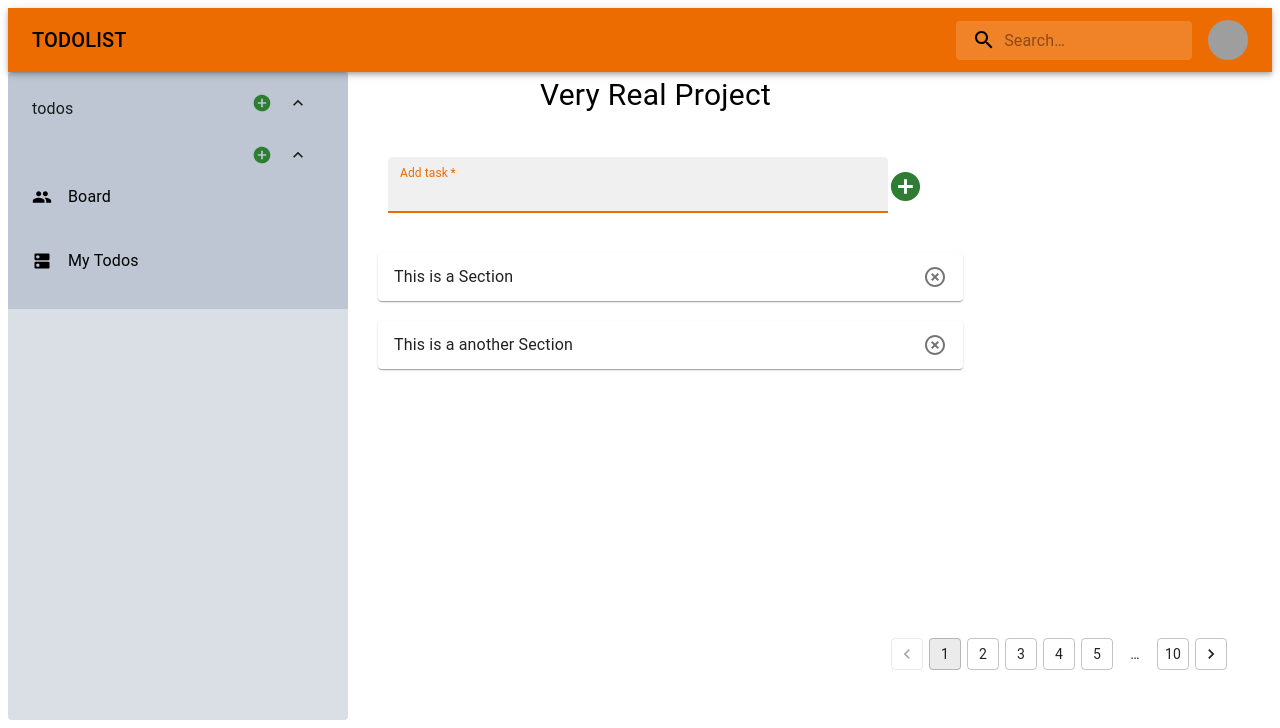
Repository: HrishrathTBS/Trackerbea
Page: /board (app in client/)
The author's editor kept a copy of each file at every save. The page is drawn from the files as they stood at one save, then again after the next save.
The browser window is 1280 px wide. The pictures show the whole page.
Pictures or frames that could not be fetched are drawn as grey boxes. The project was rebuilt for these pictures with package versions that can differ from the ones it lists, and the page was loaded fresh each time. Also part of the build but not shown: client/src/components/TodoList.js, client/src/components/ListOfBar.js, client/src/components/MyTodos.js.

Above is the page before, as saved 2022-03-09 16:35:22.

### client/public/index.html
<!DOCTYPE html>
<html lang="en">
  <head>
    <meta charset="utf-8" />
    <link rel="icon" href="%PUBLIC_URL%/favicon.ico" />
    <meta name="viewport" content="width=device-width, initial-scale=1" />
    <meta name="theme-color" content="#000000" />
    <meta
      name="description"
      content="Web site created using mernboilerplate"
    />
    <link rel="apple-touch-icon" href="%PUBLIC_URL%/logo192.png" />
    <!--
      manifest.json provides metadata used when your web app is installed on a
      user's mobile device or desktop. See https://developers.google.com/web/fundamentals/web-app-manifest/
    -->
    <link rel="manifest" href="%PUBLIC_URL%/manifest.json" />
    <!--
      Notice the use of %PUBLIC_URL% in the tags above.
      It will be replaced with the URL of the `public` folder during the build.
      Only files inside the `public` folder can be referenced from the HTML.

      Unlike "/favicon.ico" or "favicon.ico", "%PUBLIC_URL%/favicon.ico" will
      work correctly both with client-side routing and a non-root public URL.
      Learn how to configure a non-root public URL by running `npm run build`.
    -->
    <title>MERN App</title>
  </head>
  <body>
    <noscript>You need to enable JavaScript to run this app.</noscript>
    <div id="root"></div>
    <!--
      This HTML file is a template.
      If you open it directly in the browser, you will see an empty page.

      You can add webfonts, meta tags, or analytics to this file.
      The build step will place the bundled scripts into the <body> tag.

      To begin the development, run `npm start` or `yarn start`.
      To create a production bundle, use `npm run build` or `yarn build`.
    -->
  </body>
</html>

### client/src/App.js
import React from 'react';
import { BrowserRouter } from 'react-router-dom';
import AppRoutes from './UseRoutes';

const App = () => {
  return (
    <>
      <BrowserRouter>{<AppRoutes />}</BrowserRouter>
    </>
  );
};

export default App;

### client/src/UseRoutes.js
import React from 'react';
import { useRoutes } from 'react-router-dom';
import Board from './components/Board';
import Layout from './components/Layout';
import MyTodos from './components/MyTodos';

const AppRoutes = () => {
  return useRoutes([
    {
      path: '',
      element: <Layout />,
      children: [
        {
          path: 'board',
          element: <Board />,
        },
        {
          path: 'mytodos',
          element: <MyTodos />,
        },
      ],
    },
  ]);
};

export default AppRoutes;

### client/src/components/Board.js
import React, { useState } from 'react';
import AddCircleIcon from '@mui/icons-material/AddCircle';
import { Box, FormControl, FormControlLabel, FormLabel, Grid, Radio, RadioGroup, TextField } from '@mui/material';
import TodoList from './TodoList';
import { Typography } from '@material-ui/core';
import { Accordion, AccordionDetails, AccordionSummary } from '@mui/material';
import ExpandMoreIcon from '@mui/icons-material/HighlightOff';
import Pagination from '@mui/material/Pagination';
import Stack from '@mui/material/Stack';
const Board = () => {
  const [list, setList] = useState('');
  const [items, setItems] = useState([]);
  const [value, setValue] = useState('This is a task');
  const [data, setData] = useState('This is another task');

  const handleChange = (e) => {
    setList(e.target.value);
  };

  const handleClick = () => {
    if (list == '') {
    } else {
      setItems((oldItems) => {
        return [...oldItems, list];
      });
      setList('');
    }
  };
  const deleteItem = (id) => {
    setItems((oldItems) => {
      return oldItems.filter((curEle, index) => {
        return index !== id;
      });
    });
  };
  const handleChanges = (event) => {
    setValue(event.target.value);
  };
  const handleChange1 = (event) => {
    setData(event.target.value);
  };
  return (
    <>
      <div>
        <Typography style={{ textAlign: 'center', fontSize: '30px' }}>Very Real Project</Typography>
        <Box style={{ display: 'flex' }} mx={5} my={3}>
          <Grid item xs={12} style={{ width: '500px' }} py={2}>
            <TextField autoComplete='text' value={list} color='warning' variant='filled' fullWidth label='Add task' onChange={handleChange} autoFocus required />
          </Grid>
          <AddCircleIcon style={{ marginTop: '28' }} color='success' fontSize='large' onClick={handleClick} />
        </Box>
        <ol>
          {items.map((itemval, index) => (
            <TodoList key={index} id={index} text={itemval} onSelect={deleteItem} />
          ))}
        </ol>
        <div style={{ marginLeft: '30px' }}>
          <Accordion>
            <AccordionSummary expandIcon={<ExpandMoreIcon />} aria-controls='panel1a-content' id='panel1a-header'>
              <Typography>This is a Section</Typography>
            </AccordionSummary>
            <AccordionDetails>
              <FormControl>
                <FormLabel id='demo-controlled-radio-buttons-group'></FormLabel>
                <RadioGroup aria-labelledby='demo-controlled-radio-buttons-group' name='controlled-radio-buttons-group' value={value} onChange={handleChanges}>
                  <FormControlLabel value='this is a task' control={<Radio />} label='This is a task' />
                  <FormControlLabel value='this is a another task' control={<Radio />} label='This is a another task' />
                </RadioGroup>
              </FormControl>
            </AccordionDetails>
          </Accordion>
        </div>
        <div style={{ marginLeft: '30px', marginTop: '20px' }}>
          <Accordion>
            <AccordionSummary expandIcon={<ExpandMoreIcon />} aria-controls='panel1a-content' id='panel1a-header'>
              <Typography>This is a another Section</Typography>
            </AccordionSummary>
            <AccordionDetails>
              <FormControl>
                <FormLabel id='demo-controlled-radio-buttons-group'></FormLabel>
                <RadioGroup aria-labelledby='demo-controlled-radio-buttons-group' name='controlled-radio-buttons-group' value={data} onChange={handleChange1}>
                  <FormControlLabel value='it has sub task' control={<Radio />} label='it has sub task' />
                  <FormControlLabel value='so many sub task' control={<Radio />} label='so many sub task' />
                  <FormControlLabel
                    value='Honesty this is already three layers do you really need more'
                    control={<Radio />}
                    label='Honesty this is already three layers do you really need more'
                  />
                </RadioGroup>
              </FormControl>
            </AccordionDetails>
          </Accordion>
        </div>
      </div>
      <div style={{ display: 'flex', justifyContent: 'space-between', position: 'absolute', bottom: '50px', right: '50px' }}>
        <Stack spacing={2}>
          <Pagination count={10} variant='outlined' shape='rounded' />
        </Stack>
      </div>
    </>
  );
};

export default Board;

### client/src/components/Layout.js
import React from 'react';
import { Outlet } from 'react-router-dom';
import Header from './Header';
import SideBar from './SideBar';

const Layout = () => {
  return (
    <>
      <Header />
      <div style={{ display: 'flex' }}>
        <SideBar />
        {<Outlet />}
      </div>
    </>
  );
};

export default Layout;

### client/src/components/Header.js
import * as React from 'react';
import AppBar from '@mui/material/AppBar';
import Box from '@mui/material/Box';
import Toolbar from '@mui/material/Toolbar';
import IconButton from '@mui/material/IconButton';
import Typography from '@mui/material/Typography';
import Menu from '@mui/material/Menu';
import MenuIcon from '@mui/icons-material/Menu';
import Container from '@mui/material/Container';
import Avatar from '@mui/material/Avatar';
import Tooltip from '@mui/material/Tooltip';
import MenuItem from '@mui/material/MenuItem';
import SearchIcon from '@mui/icons-material/Search';
import { styled, alpha } from '@mui/material/styles';
import { InputBase } from '@mui/material';

const pages = ['Header'];
const settings = ['Profile', 'Account', 'Dashboard', 'Logout'];

const Search = styled('div')(({ theme }) => ({
  position: 'relative',
  borderRadius: theme.shape.borderRadius,
  backgroundColor: alpha(theme.palette.common.white, 0.15),
  '&:hover': {
    backgroundColor: alpha(theme.palette.common.white, 0.25),
  },
  marginRight: theme.spacing(2),
  marginLeft: 0,
  width: '100%',
  [theme.breakpoints.up('sm')]: {
    marginLeft: theme.spacing(3),
    width: 'auto',
  },
}));
const SearchIconWrapper = styled('div')(({ theme }) => ({
  padding: theme.spacing(0, 2),
  height: '100%',
  position: 'absolute',
  pointerEvents: 'none',
  color: 'black',
  display: 'flex',
  alignItems: 'center',
  justifyContent: 'center',
}));
const StyledInputBase = styled(InputBase)(({ theme }) => ({
  color: 'black',
  '& .MuiInputBase-input': {
    padding: theme.spacing(1, 1, 1, 0),
    paddingLeft: `calc(1em + ${theme.spacing(4)})`,
    transition: theme.transitions.create('width'),
    width: '100%',
    [theme.breakpoints.up('md')]: {
      width: '20ch',
    },
  },
}));

const Header = () => {
  const [anchorElNav, setAnchorElNav] = React.useState(null);
  const [anchorElUser, setAnchorElUser] = React.useState(null);

  const handleOpenNavMenu = (event) => {
    setAnchorElNav(event.currentTarget);
  };
  const handleOpenUserMenu = (event) => {
    setAnchorElUser(event.currentTarget);
  };

  const handleCloseNavMenu = () => {
    setAnchorElNav(null);
  };

  const handleCloseUserMenu = () => {
    setAnchorElUser(null);
  };

  return (
    <AppBar position='static' color='warning'>
      <Container maxWidth='xl'>
        <Toolbar disableGutters>
          <Typography variant='h6' noWrap component='div' sx={{ mr: 2, display: { xs: 'none', md: 'flex', color: 'black' } }}>
            TODOLIST
          </Typography>
          <Box sx={{ flexGrow: 1, display: { xs: 'flex', md: 'none' } }}>
            <IconButton size='large' aria-label='account of current user' aria-controls='menu-appbar' aria-haspopup='true' onClick={handleOpenNavMenu} color='inherit'>
              <MenuIcon />
            </IconButton>
            <Menu
              id='menu-appbar'
              anchorEl={anchorElNav}
              anchorOrigin={{
                vertical: 'bottom',
                horizontal: 'left',
              }}
              keepMounted
              transformOrigin={{
                vertical: 'top',
                horizontal: 'left',
              }}
              open={Boolean(anchorElNav)}
              onClose={handleCloseNavMenu}
              sx={{
                display: { xs: 'block', md: 'none' },
              }}
            >
              {pages.map((page) => (
                <MenuItem key={page} onClick={handleCloseNavMenu}>
                  <Typography textAlign='center'>{page}</Typography>
                </MenuItem>
              ))}
            </Menu>
          </Box>

          <Typography variant='h6' noWrap component='div' sx={{ flexGrow: 1, display: { xs: 'flex', md: 'none' } }}>
            TODOLIST
          </Typography>
          <Box sx={{ flexGrow: 1, display: { xs: 'none', md: 'flex' } }}></Box>
          <Search>
            <SearchIconWrapper>
              <SearchIcon />
            </SearchIconWrapper>
            <StyledInputBase placeholder='Search…' inputProps={{ 'aria-label': 'search' }} />
          </Search>
          <Box sx={{ flexGrow: 0 }}>
            <Tooltip title='Open settings'>
              <IconButton onClick={handleOpenUserMenu} sx={{ p: 0 }}>
                <Avatar alt='Remy Sharp' src='/static/images/avatar/2.jpg' />
              </IconButton>
            </Tooltip>
            <Menu
              sx={{ mt: '45px' }}
              id='menu-appbar'
              anchorEl={anchorElUser}
              anchorOrigin={{
                vertical: 'top',
                horizontal: 'right',
              }}
              keepMounted
              transformOrigin={{
                vertical: 'top',
                horizontal: 'right',
              }}
              open={Boolean(anchorElUser)}
              onClose={handleCloseUserMenu}
            >
              {settings.map((setting) => (
                <MenuItem key={setting} onClick={handleCloseUserMenu}>
                  <Typography textAlign='center'>{setting}</Typography>
                </MenuItem>
              ))}
            </Menu>
          </Box>
        </Toolbar>
      </Container>
    </AppBar>
  );
};
export default Header;

### client/src/components/SideBar.js
import * as React from 'react';
import Box from '@mui/material/Box';
import { styled, ThemeProvider, createTheme } from '@mui/material/styles';
import Divider from '@mui/material/Divider';
import List from '@mui/material/List';
import ListItemButton from '@mui/material/ListItemButton';
import ListItemIcon from '@mui/material/ListItemIcon';
import ListItemText from '@mui/material/ListItemText';
import Paper from '@mui/material/Paper';
import People from '@mui/icons-material/People';
import Dns from '@mui/icons-material/Dns';
import ListItem from './ListItem';

const data = [
  { icon: <People />, label: 'Board', link: '/board' },
  { icon: <Dns />, label: 'My Todos ', link: '/mytodos' },
];

const FireNav = styled(List)({
  '& .MuiListItemButton-root': {
    paddingLeft: 24,
    paddingRight: 24,
  },
  '& .MuiListItemIcon-root': {
    minWidth: 0,
    marginRight: 16,
  },
  '& .MuiSvgIcon-root': {
    fontSize: 20,
  },
});

export default function CustomizedList() {
  const [open, setOpen] = React.useState(true);

  return (
    <Box sx={{ display: 'flex', height: '90vh' }}>
      <ThemeProvider
        theme={createTheme({
          components: {
            MuiListItemButton: {
              defaultProps: {
                disableTouchRipple: true,
              },
            },
          },
          palette: {
            background: { paper: 'rgba(71, 98, 130, 0.2)' },
          },
        })}
      >
        <Paper elevation={0} sx={{ maxWidth: 370 }}>
          <FireNav component='nav' disablePadding>
            <Divider />
            <Box
              sx={{
                bgcolor: open ? 'rgba(71, 98, 130, 0.2)' : null,
                pb: open ? 2 : 0,
              }}
            >
              <ListItem primary='todos' />
              <ListItem />
              {open &&
                data.map((item) => (
                  <ListItemButton key={item.label} sx={{ py: 2, minHeight: 32, color: 'rgba(0,0,0,1)', justifyContent: 'flex-start' }}>
                    <ListItemIcon sx={{ color: 'inherit' }}>{item.icon}</ListItemIcon>
                    <ListItemText>
                      <a href={item.link} style={{ textDecoration: 'none', color: 'black' }}>
                        {item.label}
                      </a>
                    </ListItemText>
                  </ListItemButton>
                ))}
            </Box>
          </FireNav>
        </Paper>
      </ThemeProvider>
    </Box>
  );
}

### client/src/components/ListItem.js
import { ListItemText } from '@mui/material';
import ListItemButton from '@mui/material/ListItemButton';
import AddCircleIcon from '@mui/icons-material/AddCircle';
import KeyboardArrowDown from '@mui/icons-material/KeyboardArrowDown';
import React from 'react';
const ListItem = ({ primary }) => {
  const [open, setOpen] = React.useState(true);
  return (
    <ListItemButton
      alignItems='flex-start'
      sx={{
        px: 3,
        pt: 2.5,
        pb: open ? 0 : 2.5,
        '&:hover, &:focus': { '& svg': { opacity: open ? 1 : 1 } },
      }}
    >
      <ListItemText
        primary={primary}
        primaryTypographyProps={{
          fontSize: 20,
          width: '220px',
          fontWeight: 'medium',
          lineHeight: '20px',
          mb: '2px',
        }}
      />
      <AddCircleIcon color='success' />
      <KeyboardArrowDown
        onClick={() => setOpen(!open)}
        sx={{
          opacity: 1,
          px: 2,
          transform: open ? 'rotate(-180deg)' : 'rotate(0)',
          transition: '0.5s',
        }}
      />
    </ListItemButton>
  );
};
export default ListItem;

Loaded but not shown: client/src/index.js (common file)

After the next save:
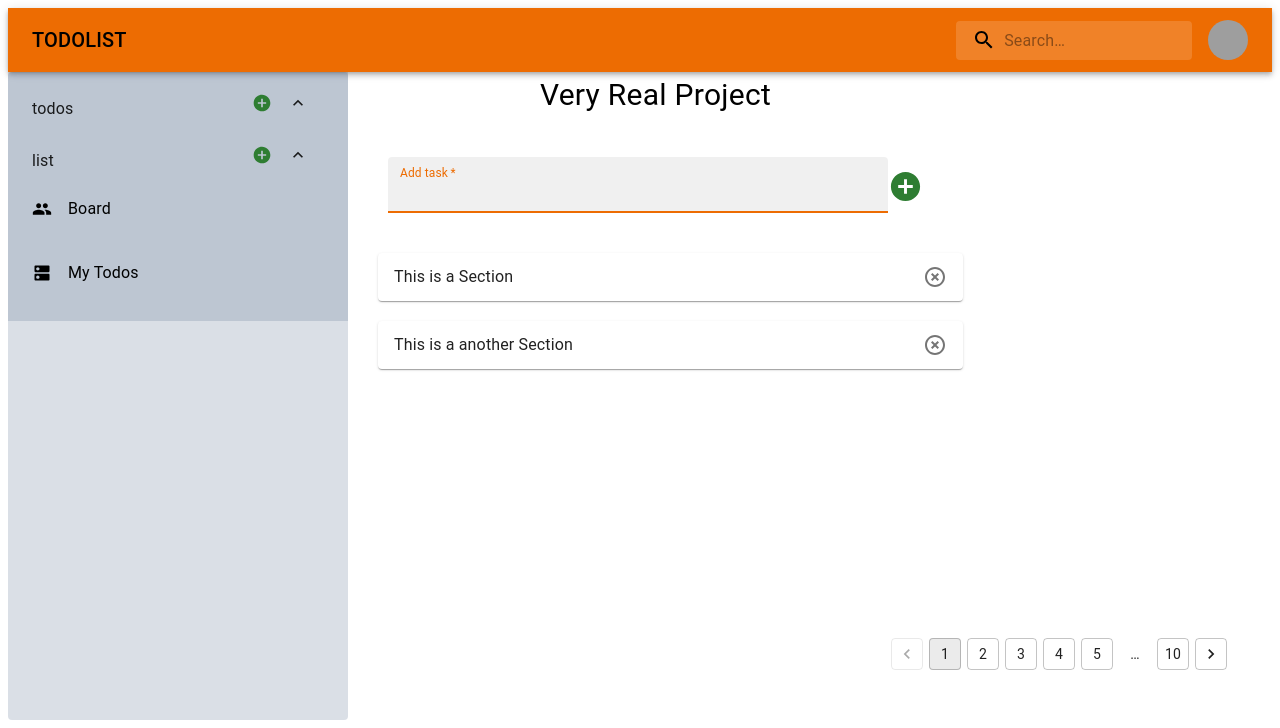
Saved 26 s later.
--- a/client/src/components/SideBar.js
+++ b/client/src/components/SideBar.js
@@ -59,7 +59,7 @@ export default function CustomizedList() {
               }}
             >
               <ListItem primary='todos' />
-              <ListItem />
+              <ListItem primary='list' />
               {open &&
                 data.map((item) => (
                   <ListItemButton key={item.label} sx={{ py: 2, minHeight: 32, color: 'rgba(0,0,0,1)', justifyContent: 'flex-start' }}>
